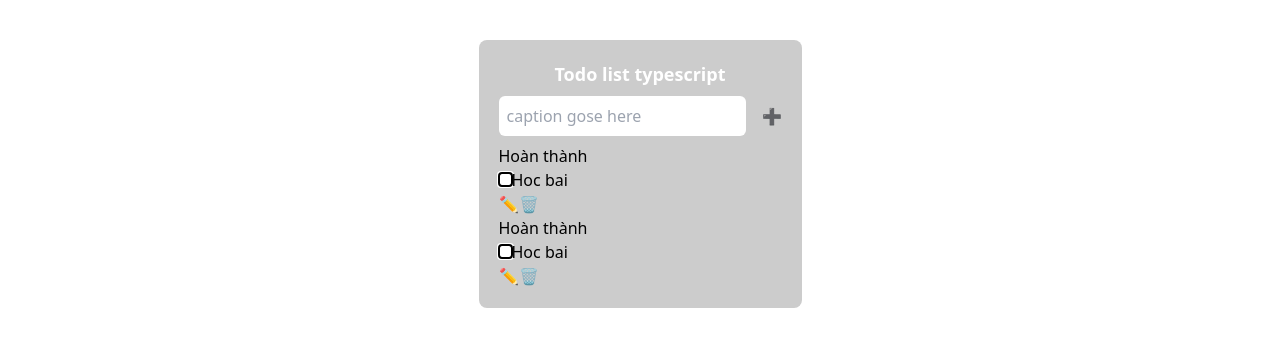
Repository: VIET-TU/react-super-main
Page: / (app in todolist-mybuild/)
The author's editor kept a copy of each file at every save. The page is drawn from the files as they stood at one save, then again after the next save.
The browser window is 1280 px wide. The pictures show the whole page.
The project was rebuilt for these pictures with package versions that can differ from the ones it lists, and the page was loaded fresh each time. Also part of the build but not shown: todolist-mybuild/vite.config.ts.

Above is the page before, as saved 2023-05-16 06:53:11.

### todolist-mybuild/src/App.tsx
import TodoList from './components/TodoLists'

function App() {
  return (
    <>
      <TodoList></TodoList>
    </>
  )
}

export default App

### todolist-mybuild/src/index.css
@tailwind base;
@tailwind components;
@tailwind utilities;

input {
  outline: auto;
}

### todolist-mybuild/src/components/TodoLists/index.ts
import TodoList from './TodoList'

export default TodoList

### todolist-mybuild/src/components/TodoLists/TodoList.tsx
import { Todo } from '../../@types/todos.types'
import TaskInput from '../TaskInput'
import TaskList from '../TaskList'
import { useEffect, useState } from 'react'

const TodoList = () => {
  const [todos, setTodos] = useState<Todo[]>([])
  const [currentTodo, setCurrentTodo] = useState<Todo | null>(null)
  const doneTodos = todos.filter((todo) => todo.done)
  const notdoneTodos = todos.filter((todo) => !todo.done)

  useEffect(() => {
    const todosString = localStorage.getItem('todos')
    const todosObj: Todo[] = JSON.parse(todosString || '[]')
    setTodos(todosObj)
  }, [])

  const addTodo = (name: string): void => {
    const todo: Todo = {
      name,
      done: false,
      id: new Date().toISOString()
    }
    setTodos((pre) => [...pre, todo])
    const todosString = localStorage.getItem('todos')
    const todosObj: Todo[] = JSON.parse(todosString || '[]')
    const newTodoObj = [...todosObj, todo]
    localStorage.setItem('todos', JSON.stringify(newTodoObj))
  }

  const handleDoneTodo = (id: string, done: boolean) => {
    setTodos((prev) => {
      return prev.map((todo) => {
        if (todo.id === id) {
          return { ...todo, done }
        }
        return todo
      })
    })
  }

  const startEditTodo = (id: string) => {
    const findedTodo = todos.find((todo) => todo.id === id)
    if (findedTodo) {
      setCurrentTodo(findedTodo)
    }
  }

  const editTodo = (name: string) => {
    setCurrentTodo((prev) => {
      if (prev) {
        return { ...prev, name }
      }
      return prev
    })
  }

  const finishEditTodo = () => {
    setTodos((prev) => {
      return prev.map((todo) => {
        if (todo.id === (currentTodo as Todo).id) {
          return currentTodo as Todo
        }
        return todo
      })
    })
    setCurrentTodo(null)
  }

  const deleteTodo = (id: string) => {
    if (currentTodo) {
      setCurrentTodo(null)
    }

    setTodos((prev) => {
      const findedIndexTodo = prev.findIndex((todo) => todo.id === id)
      if (findedIndexTodo > -1) {
        const result = [...prev]
        result.splice(findedIndexTodo, 1) // delete 1 elem in array
        return result
      }
      return prev
    })
  }

  return (
    <div className='p-[20px] rounded-lg bg-[#ccc] max-w-max mx-auto my-10'>
      <TaskInput
        editTodo={editTodo}
        addTodo={addTodo}
        currentTodo={currentTodo}
        finishEditTodo={finishEditTodo}
      ></TaskInput>
      <TaskList
        handleDoneTodo={handleDoneTodo}
        todos={notdoneTodos}
        doneTaskList={false}
        startEditTodo={startEditTodo}
        deleteTodo={deleteTodo}
      />
      <TaskList
        handleDoneTodo={handleDoneTodo}
        todos={doneTodos}
        doneTaskList={true}
        startEditTodo={startEditTodo}
        deleteTodo={deleteTodo}
      />
    </div>
  )
}

export default TodoList

### todolist-mybuild/src/components/TaskInput/index.ts
import TaskInput from './TaskInput'

export default TaskInput

### todolist-mybuild/src/components/TaskInput/TaskInput.tsx
import React from 'react'

const TaskInput = () => {
  return (
    <div className='mb-2'>
      <h1 className='mb-2 text-lg font-bold text-white text-[20px] text-center'>Todo list typescript</h1>
      <form placeholder='enter your text'>
        <input className='p-2 mr-4 rounded-md outline-0' type='text' placeholder='caption gose here' />
        <button type='submit'>➕</button>
      </form>
    </div>
  )
}

export default TaskInput

### todolist-mybuild/src/components/TaskList/TaskList.tsx
import React from 'react'

const TaskList = () => {
  return (
    <div>
      <h2>Hoàn thành</h2>
      <div className='tasks '>
        <div className='task'>
          <input type='checkbox' name='' id=' ' />
          <span>Hoc bai</span>
          <div className=''>
            <button>✏️</button>
            <button>🗑️</button>
          </div>
        </div>
      </div>
    </div>
  )
}

export default TaskList

Loaded but not shown: todolist-mybuild/index.html (common file); todolist-mybuild/src/main.tsx (common file); todolist-mybuild/src/components/TaskList/index.ts (common file); todolist-mybuild/tailwind.config.js (common file)

After the next save:
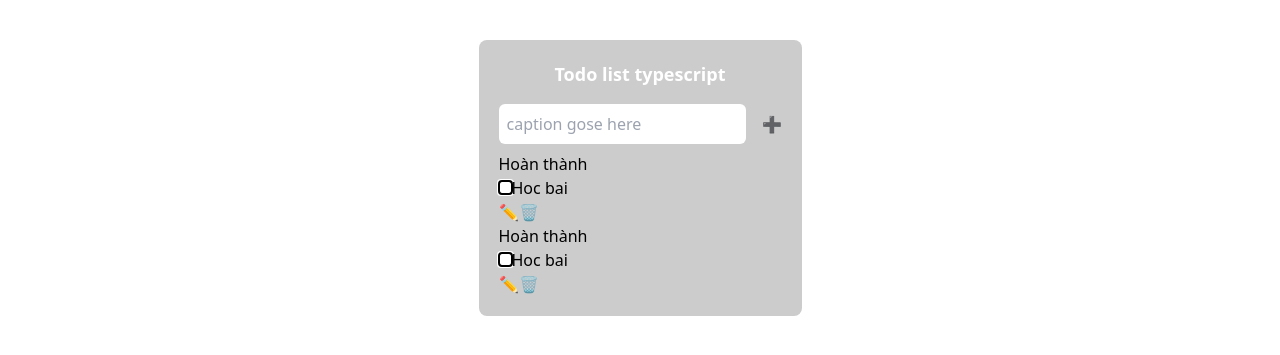
Saved 5 s later.
--- a/todolist-mybuild/src/components/TaskInput/TaskInput.tsx
+++ b/todolist-mybuild/src/components/TaskInput/TaskInput.tsx
@@ -3,7 +3,7 @@ import React from 'react'
 const TaskInput = () => {
   return (
     <div className='mb-2'>
-      <h1 className='mb-2 text-lg font-bold text-white text-[20px] text-center'>Todo list typescript</h1>
+      <h1 className='mb-4 text-lg font-bold text-white text-[20px] text-center'>Todo list typescript</h1>
       <form placeholder='enter your text'>
         <input className='p-2 mr-4 rounded-md outline-0' type='text' placeholder='caption gose here' />
         <button type='submit'>➕</button>
